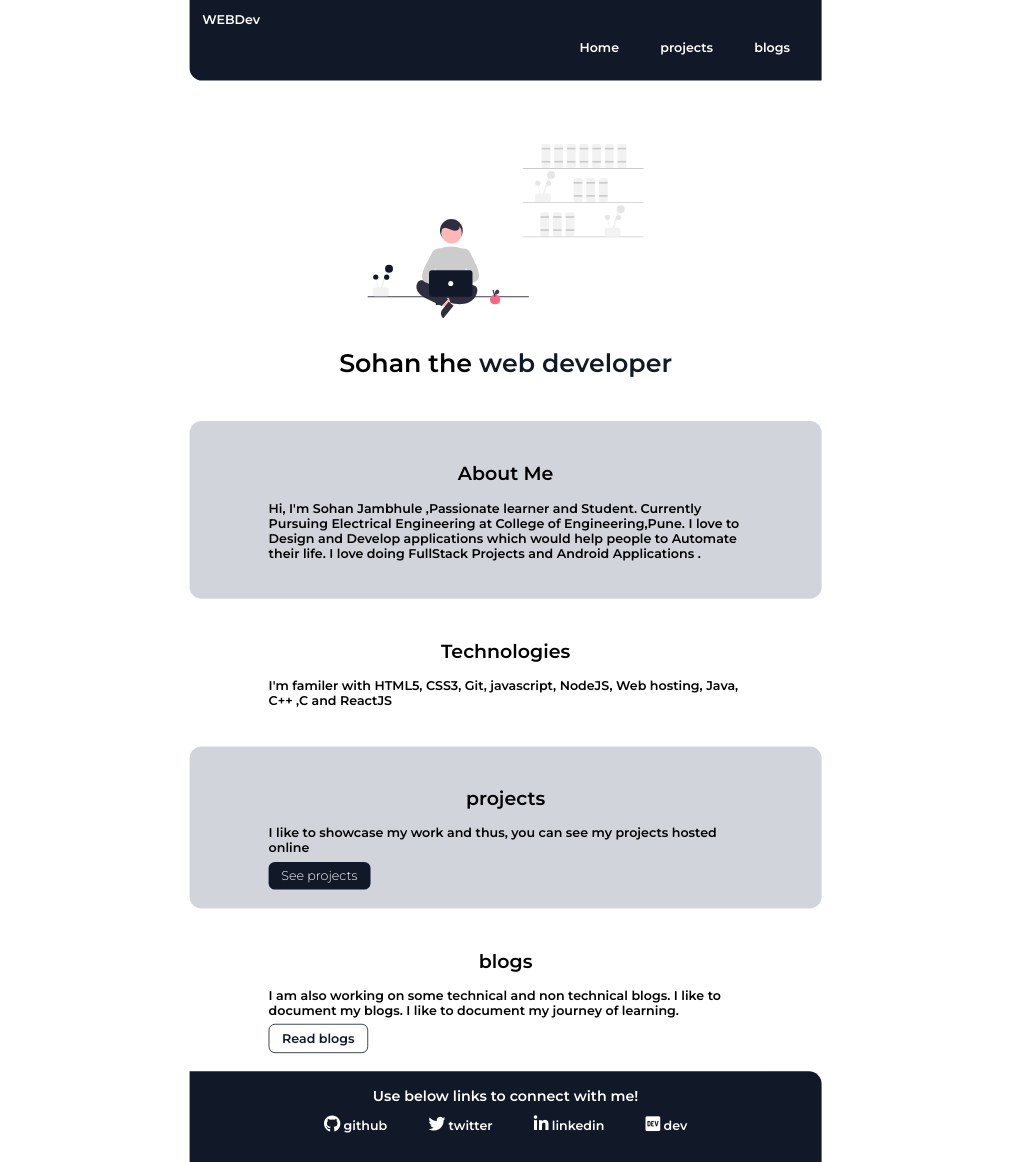
Repository: sohan2503001/Portfolio
Page: index.html
The author's editor kept a copy of each file at every save. The page is drawn from the files as they stood at one save, then again after the next save.
The browser window is 1280 px wide. The pictures show the whole page, at 79% of full size.

Above is the page before, as saved 2021-05-11 18:02:14.

After the next save:
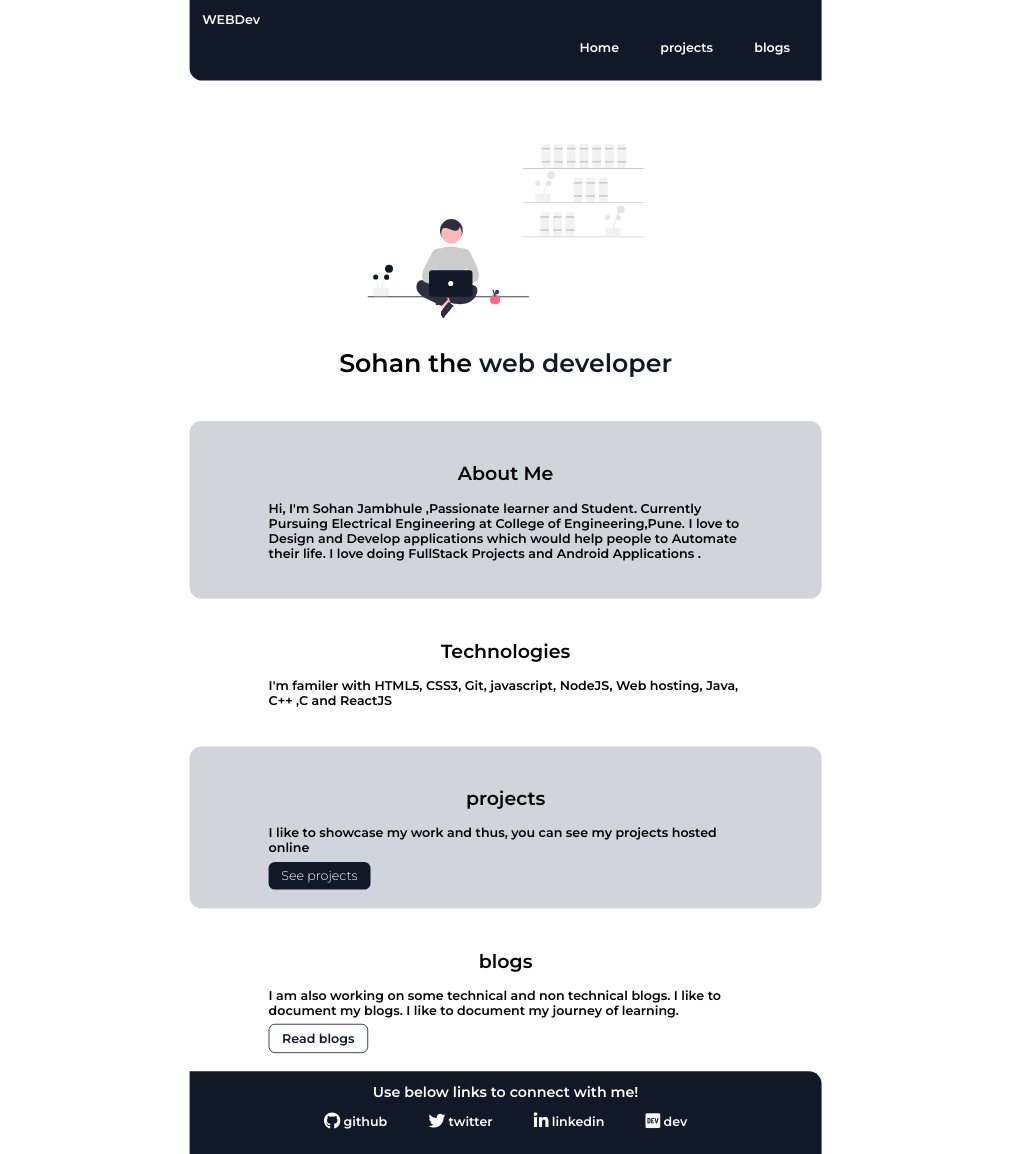
Saved 9 s later.
--- a/style.css
+++ b/style.css
@@ -138,7 +138,7 @@ hr{
 
 .footer{
     background-color: var(--primary-color);
-    padding: 1.3rem;
+    padding: 1rem;
     text-align: center;
     color: white;
     border-top-right-radius: 1rem;
